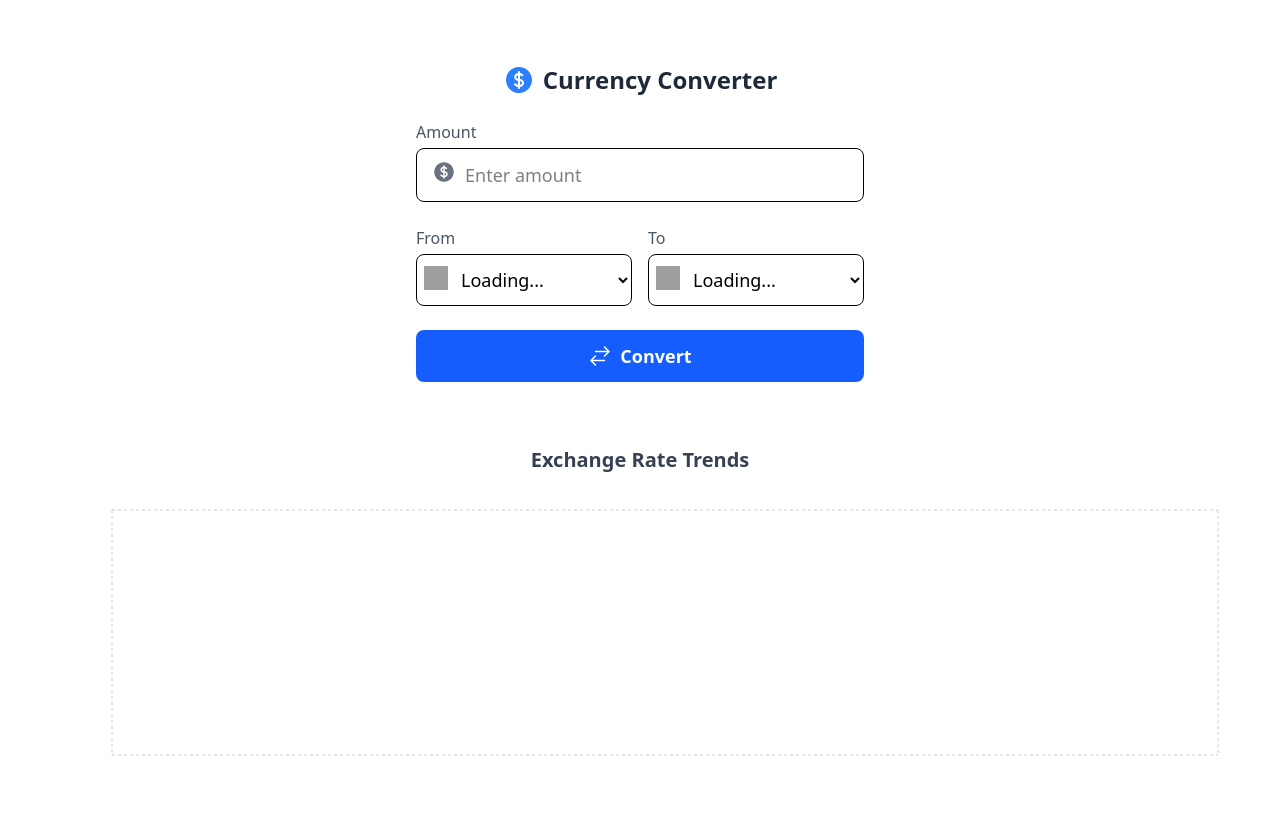
Repository: adrcstro/withcenter_developer_exam
Page: /
These files come from the project's save history. The page is drawn as it stood at one moment and after the next save; the edit follows.
The browser window is 1280 px wide. The pictures show the whole page.
Pictures or frames that could not be fetched are drawn as grey boxes. The page's requests for data from a server got no answer. The project was rebuilt for these pictures with package versions that can differ from the ones it lists, and the page was loaded fresh each time. No one was signed in, and anything a server would have sent is missing. Also part of the build but not shown: vite.config.ts.

Above is the page before, as saved 2025-03-18 07:59:36.

### index.html
<!doctype html>
<html lang="en">
  <head>
    <meta charset="UTF-8" />
    <link rel="icon" type="image/svg+xml" href="/vite.svg" />
    <meta name="viewport" content="width=device-width, initial-scale=1.0" />
    <title>Vite + React + TS</title>
    <!-- public/index.html -->
  <link href="https://fonts.googleapis.com/css2?family=Montserrat:wght@300;400;500;700&display=swap" rel="stylesheet">


  </head>
  <body>
    <div id="root"></div>
    <script type="module" src="/src/main.tsx"></script>
  </body>
</html>

### src/main.tsx

import { createRoot } from 'react-dom/client'
import './index.css'
import App from './App.tsx'

createRoot(document.getElementById('root')!).render(

    <App />

)

### src/App.tsx
import { Provider } from "react-redux";
import { QueryClient, QueryClientProvider } from "@tanstack/react-query";
import { store } from "./Store/store";
import { useAppDispatch, useAppSelector } from "./Store/hooks";
import { setAmount, setFromCurrency, setToCurrency, setConvertedAmount } from "./Store/exchangeRateSlice";
import { useExchangeRates, useSupportedCurrencies } from "./Store/useExchangeRates";
import { ArrowsRightLeftIcon, CurrencyDollarIcon } from "@heroicons/react/24/solid";
import { AreaChart, Area, XAxis, YAxis, CartesianGrid, Tooltip, ResponsiveContainer } from "recharts";

const queryClient = new QueryClient();

// Define an interface for currencies
interface Currency {
  code: string;
  name: string;
}

// Mapping currency codes to country codes for flag display
const currencyToCountryCode: Record<string, string> = {
  USD: "us",
  EUR: "eu",
  GBP: "gb",
  JPY: "jp",
  AUD: "au",
  CAD: "ca",
  CHF: "ch",
  CNY: "cn",
  INR: "in",
  BRL: "br",
  ZAR: "za",
  MXN: "mx",
  AED: "ae",
  AFN: "af",
  ALL: "al",
  AMD: "am",
  ANG: "an",
  AOA: "ao",
  ARS: "ar",
  AWG: "aw",
  AZN: "az",
  BBD: "bb",
  BDT: "bd",
  BGN: "bg",
  BHD: "bh",
  BIF: "bi",
  BMD: "bm",
  BND: "bn",
  BOB: "bo",
  BSD: "bs",
  BTN: "bt",
  BWP: "bw",
  BYN: "by",
  BZD: "bz",
  CLP: "cl",
  COP: "co",
  CRC: "cr",
  CUP: "cu",
  CVE: "cv",
  CZK: "cz",
  DJF: "dj",
  DKK: "dk",
  DOP: "do",
  DZD: "dz",
  EGP: "eg",
  ERN: "er",
  ETB: "et",
  FJD: "fj",
  FKP: "fk",
  FOK: "fo",
  GEL: "ge",
  GGP: "gg",
  GHS: "gh",
  GIP: "gi",
  GMD: "gm",
  GNF: "gn",
  GTQ: "gt",
  GYD: "gy",
  HKD: "hk",
  HNL: "hn",
  HRK: "hr",
  HTG: "ht",
  HUF: "hu",
  IDR: "id",
  ILS: "il",
  ISK: "is",
  JMD: "jm",
  JOD: "jo",
  KES: "ke",
  KGS: "kg",
  KHR: "kh",
  KMF: "km",
  KRW: "kr",
  KWD: "kw",
  KYD: "ky",
  KZT: "kz",
  LAK: "la",
  LBP: "lb",
  LKR: "lk",
  LRD: "lr",
  LSL: "ls",
  LYD: "ly",
  MAD: "ma",
  MDL: "md",
  MGA: "mg",
  MKD: "mk",
  MMK: "mm",
  MNT: "mn",
  MOP: "mo",
  MRU: "mr",
  MUR: "mu",
  MVR: "mv",
  MWK: "mw",
  MYR: "my",
  MZN: "mz",
  NAD: "na",
  NGN: "ng",
  NIO: "ni",
  NOK: "no",
  NPR: "np",
  NZD: "nz",
  OMR: "om",
  PAB: "pa",
  PEN: "pe",
  PGK: "pg",
  PHP: "ph",
  PKR: "pk",
  PLN: "pl",
  PYG: "py",
  QAR: "qa",
  RON: "ro",
  RSD: "rs",
  RUB: "ru",
  RWF: "rw",
  SAR: "sa",
  SBD: "sb",
  SCR: "sc",
  SDG: "sd",
  SEK: "se",
  SGD: "sg",
  SHP: "sh",
  SLL: "sl",
  SOS: "so",
  SRD: "sr",
  SSP: "ss",
  STN: "st",
  SYP: "sy",
  SZL: "sz",
  THB: "th",
  TJS: "tj",
  TMT: "tm",
  TND: "tn",
  TOP: "to",
  TRY: "tr",
  TTD: "tt",
  TZS: "tz",
  UAH: "ua",
  UGX: "ug",
  UYU: "uy",
  UZS: "uz",
  VES: "ve",
  VND: "vn",
  VUV: "vu",
  WST: "ws",
  XAF: "cm",
  XCD: "ag",
  XOF: "bj",
  XPF: "pf",
  YER: "ye",
  ZMW: "zm",
  ZWL: "zw",
};

const getFlagUrl = (currencyCode: string) => {
  const countryCode = currencyToCountryCode[currencyCode] || currencyCode.toLowerCase();
  return `https://flagcdn.com/w40/${countryCode}.png`;
};

function CurrencyConverter() {
  const dispatch = useAppDispatch();
  const { fromCurrency, toCurrency, amount, convertedAmount } = useAppSelector((state) => state.exchangeRates);

  const { data: exchangeRates } = useExchangeRates(fromCurrency);
  const { data: currencies, isLoading } = useSupportedCurrencies();

  const handleConvert = () => {
    if (!exchangeRates) return;
    const rate = exchangeRates[toCurrency] || 1;
    dispatch(setConvertedAmount((parseFloat(amount) * rate).toFixed(2)));
  };

  const chartData = exchangeRates
    ? Object.entries(exchangeRates).map(([currency, rate]) => ({ currency, rate }))
    : [];

  return (
    <div className="flex flex-col items-center justify-center min-h-screen bg-white p-8">
      <div className="flex flex-col items-center justify-center w-full max-w-[2000px] px-8">
        <div className="bg-white rounded-xl p-8 w-full max-w-lg">
          <h2 className="text-2xl font-bold text-gray-800 text-center mb-6 flex items-center justify-center gap-2">
            <CurrencyDollarIcon className="w-8 h-8 text-blue-500" />
            Currency Converter
          </h2>

          <div className="mb-6">
            <label className="block text-gray-600 text-base font-medium">Amount</label>
            <div className="relative">
              <input
                type="number"
                value={amount}
                onChange={(e) => dispatch(setAmount(e.target.value))}
                className="w-full mt-1 pl-12 pr-4 py-3 border rounded-lg text-lg focus:outline-none focus:ring-2 focus:ring-blue-400"
                placeholder="Enter amount"
              />
              <CurrencyDollarIcon className="w-6 h-6 text-gray-500 absolute left-4 top-4" />
            </div>
          </div>

          <div className="flex gap-4 mb-6">
            {/* From Currency */}
            <div className="w-1/2">
              <label className="block text-gray-600 text-base font-medium">From</label>
              <div className="relative flex items-center">
                <img src={getFlagUrl(fromCurrency)} alt={fromCurrency} className="w-6 h-6 absolute left-2" />
                <select
                  value={fromCurrency}
                  onChange={(e) => dispatch(setFromCurrency(e.target.value))}
                  className="w-full mt-1 pl-10 pr-4 py-3 border rounded-lg text-lg focus:outline-none focus:ring-2 focus:ring-blue-400"
                >
                  {isLoading ? (
                    <option>Loading...</option>
                  ) : (
                    currencies?.map(({ code, name }: Currency) => (
                      <option key={code} value={code}>
                        {code} - {name}
                      </option>
                    ))
                  )}
                </select>
              </div>
            </div>

            {/* To Currency */}
            <div className="w-1/2">
              <label className="block text-gray-600 text-base font-medium">To</label>
              <div className="relative flex items-center">
                <img src={getFlagUrl(toCurrency)} alt={toCurrency} className="w-6 h-6 absolute left-2" />
                <select
                  value={toCurrency}
                  onChange={(e) => dispatch(setToCurrency(e.target.value))}
                  className="w-full mt-1 pl-10 pr-4 py-3 border rounded-lg text-lg focus:outline-none focus:ring-2 focus:ring-blue-400"
                >
                  {isLoading ? (
                    <option>Loading...</option>
                  ) : (
                    currencies?.map(({ code, name }: Currency) => (
                      <option key={code} value={code}>
                        {code} - {name}
                      </option>
                    ))
                  )}
                </select>
              </div>
            </div>
          </div>

          <button
            onClick={handleConvert}
            className="w-full bg-blue-600 hover:bg-blue-700 text-white text-lg font-semibold py-3 rounded-lg flex items-center justify-center gap-2 transition duration-300"
          >
            <ArrowsRightLeftIcon className="w-6 h-6" />
            Convert
          </button>

          {convertedAmount && (
            <div className="mt-6 text-center">
              <p className="text-gray-800 text-xl">
                {amount} {fromCurrency} = <span className="font-bold text-green-600">{convertedAmount} {toCurrency}</span>
              </p>
            </div>
          )}
        </div>
      </div>

      {/* Chart Section */}
      <div className="w-full max-w-7xl mt-8">
        <h2 className="text-xl font-semibold text-gray-700 text-center mb-4">Exchange Rate Trends</h2>
        <ResponsiveContainer width="100%" height={300}>
          <AreaChart data={chartData} margin={{ top: 20, right: 30, left: 20, bottom: 5 }}>
            <CartesianGrid strokeDasharray="3 3" />
            <XAxis dataKey="currency" />
            <YAxis />
            <Tooltip />
            <Area type="monotone" dataKey="rate" stroke="#8884d8" fill="#8884d8" />
          </AreaChart>
        </ResponsiveContainer>
      </div>
    </div>
  );
}

export default function App() {
  return (
    <Provider store={store}>
      <QueryClientProvider client={queryClient}>
        <CurrencyConverter />
      </QueryClientProvider>
    </Provider>
  );
}

### src/Store/store.ts
// src/store/store.ts
import { configureStore } from "@reduxjs/toolkit";
import exchangeRateReducer from "./exchangeRateSlice";

export const store = configureStore({
  reducer: {
    exchangeRates: exchangeRateReducer,
  },
});

export type RootState = ReturnType<typeof store.getState>;
export type AppDispatch = typeof store.dispatch;

### src/Store/hooks.ts
// src/store/hooks.ts
import { TypedUseSelectorHook, useDispatch, useSelector } from "react-redux";
import type { RootState, AppDispatch } from "./store";

export const useAppDispatch: () => AppDispatch = useDispatch;
export const useAppSelector: TypedUseSelectorHook<RootState> = useSelector;

### src/Store/exchangeRateSlice.ts
// src/store/exchangeRateSlice.ts
import { createSlice, PayloadAction } from "@reduxjs/toolkit";

interface ExchangeRateState {
  fromCurrency: string;
  toCurrency: string;
  amount: string;
  convertedAmount: string;
}

const initialState: ExchangeRateState = {
  fromCurrency: "USD",
  toCurrency: "EUR",
  amount: "",
  convertedAmount: "",
};

const exchangeRateSlice = createSlice({
  name: "exchangeRate",
  initialState,
  reducers: {
    setFromCurrency: (state, action: PayloadAction<string>) => {
      state.fromCurrency = action.payload;
    },
    setToCurrency: (state, action: PayloadAction<string>) => {
      state.toCurrency = action.payload;
    },
    setAmount: (state, action: PayloadAction<string>) => {
      state.amount = action.payload;
    },
    setConvertedAmount: (state, action: PayloadAction<string>) => {
      state.convertedAmount = action.payload;
    },
  },
});

export const { setFromCurrency, setToCurrency, setAmount, setConvertedAmount } = exchangeRateSlice.actions;
export default exchangeRateSlice.reducer;

### src/Store/useExchangeRates.ts
import { useQuery } from "@tanstack/react-query";
import axios from "axios";

const API_KEY = import.meta.env.VITE_EXCHANGE_RATE_API_KEY;
const BASE_URL = "https://v6.exchangerate-api.com/v6";

// Fetch all supported currencies
const fetchCurrencies = async () => {
  const response = await axios.get(`${BASE_URL}/${API_KEY}/codes`);
  return response.data.supported_codes.map(([code, name]: [string, string]) => ({
    code,
    name,
  }));
};

// Fetch exchange rates based on `fromCurrency`
const fetchExchangeRates = async (fromCurrency: string) => {
  const response = await axios.get(`${BASE_URL}/${API_KEY}/latest/${fromCurrency}`);
  return response.data.conversion_rates;
};

// Custom hook to get the exchange rates
export const useExchangeRates = (fromCurrency: string) => {
  return useQuery({
    queryKey: ["exchangeRates", fromCurrency],
    queryFn: () => fetchExchangeRates(fromCurrency),
    staleTime: 1000 * 60 * 10, // 10 minutes cache
  });
};

// Custom hook to get supported currencies
export const useSupportedCurrencies = () => {
  return useQuery({
    queryKey: ["supportedCurrencies"],
    queryFn: fetchCurrencies,
    staleTime: Infinity, // Cache forever (currencies don't change often)
  });
};

Loaded but not shown: src/index.css (common file)

After the next save:
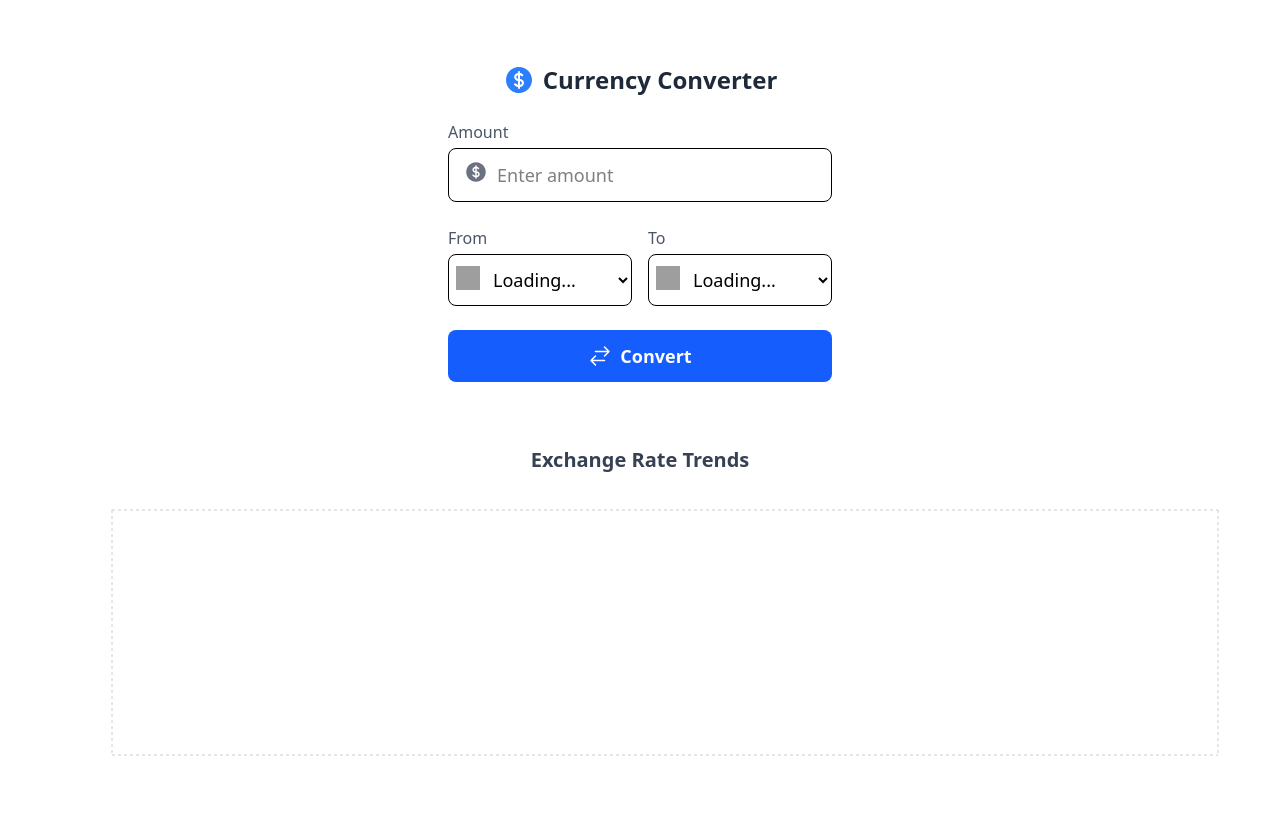
Saved 35 s later.
--- a/src/App.tsx
+++ b/src/App.tsx
@@ -194,7 +194,7 @@
 
   return (
     <div className="flex flex-col items-center justify-center min-h-screen bg-white p-8">
-      <div className="flex flex-col items-center justify-center w-full max-w-[2000px] px-8">
+      <div className="flex flex-col items-center justify-center w-full max-w-lg px-8">
         <div className="bg-white rounded-xl p-8 w-full max-w-lg">
           <h2 className="text-2xl font-bold text-gray-800 text-center mb-6 flex items-center justify-center gap-2">
             <CurrencyDollarIcon className="w-8 h-8 text-blue-500" />

After the save that followed:
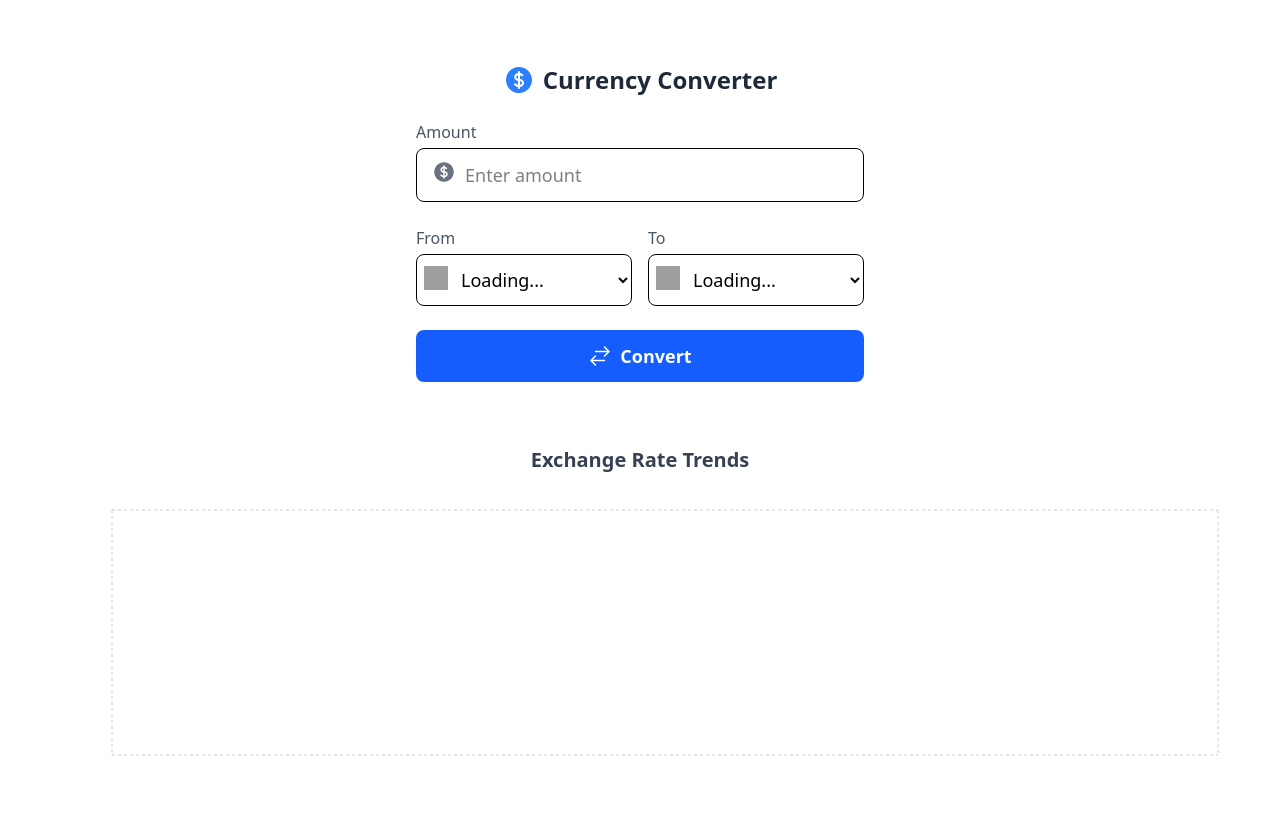
Saved 9 s later.
--- a/src/App.tsx
+++ b/src/App.tsx
@@ -194,7 +194,7 @@
 
   return (
     <div className="flex flex-col items-center justify-center min-h-screen bg-white p-8">
-      <div className="flex flex-col items-center justify-center w-full max-w-lg px-8">
+      <div className="flex flex-col items-center justify-center w-full max-w-2xl px-8">
         <div className="bg-white rounded-xl p-8 w-full max-w-lg">
           <h2 className="text-2xl font-bold text-gray-800 text-center mb-6 flex items-center justify-center gap-2">
             <CurrencyDollarIcon className="w-8 h-8 text-blue-500" />
